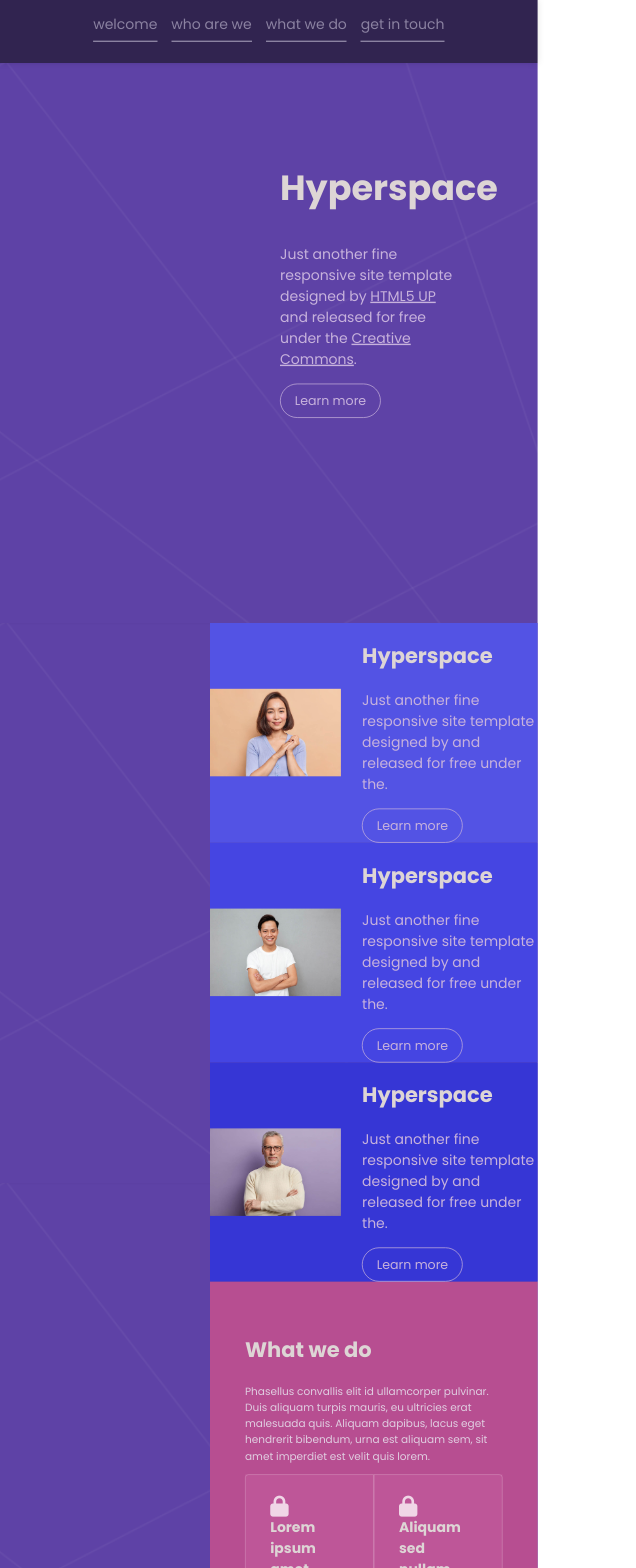
Repository: zai31/KIMIT_Tasks
Page: JsSession8/index.html
The author's editor kept a copy of each file at every save. The page is drawn from the files as they stood at one save, then again after the next save.
The browser window is 768 px wide. The page is 909 px wide, so the pictures cover 909 px, including what lies to the right of the window. The pictures show the part of the page from y = 0 to 2240 px (the page is 4459 px tall before and 4369 px after), at 70% of full size.
Backgrounds fixed to the window are drawn as part of the page.

Above is the page before, as saved 2025-09-16 16:58:09.

After the next save:
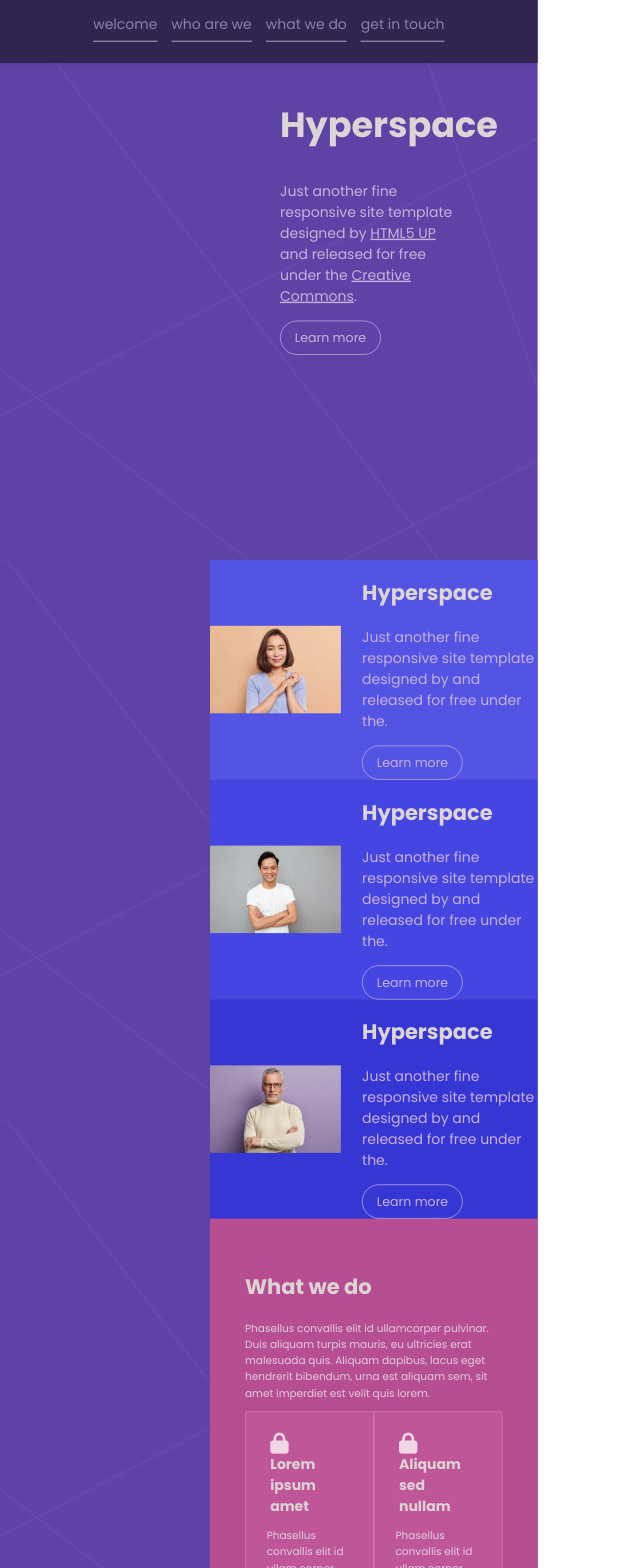
Saved 42 s later.
--- a/JsSession8/CSS/style.css
+++ b/JsSession8/CSS/style.css
@@ -54,7 +54,6 @@
   }
 
   .flex-section .menu {
-    position: relative;   /* no longer fixed on side */
     width: 100%;          /* take full width */
     height: auto;
     min-height: auto;

After the save that followed:
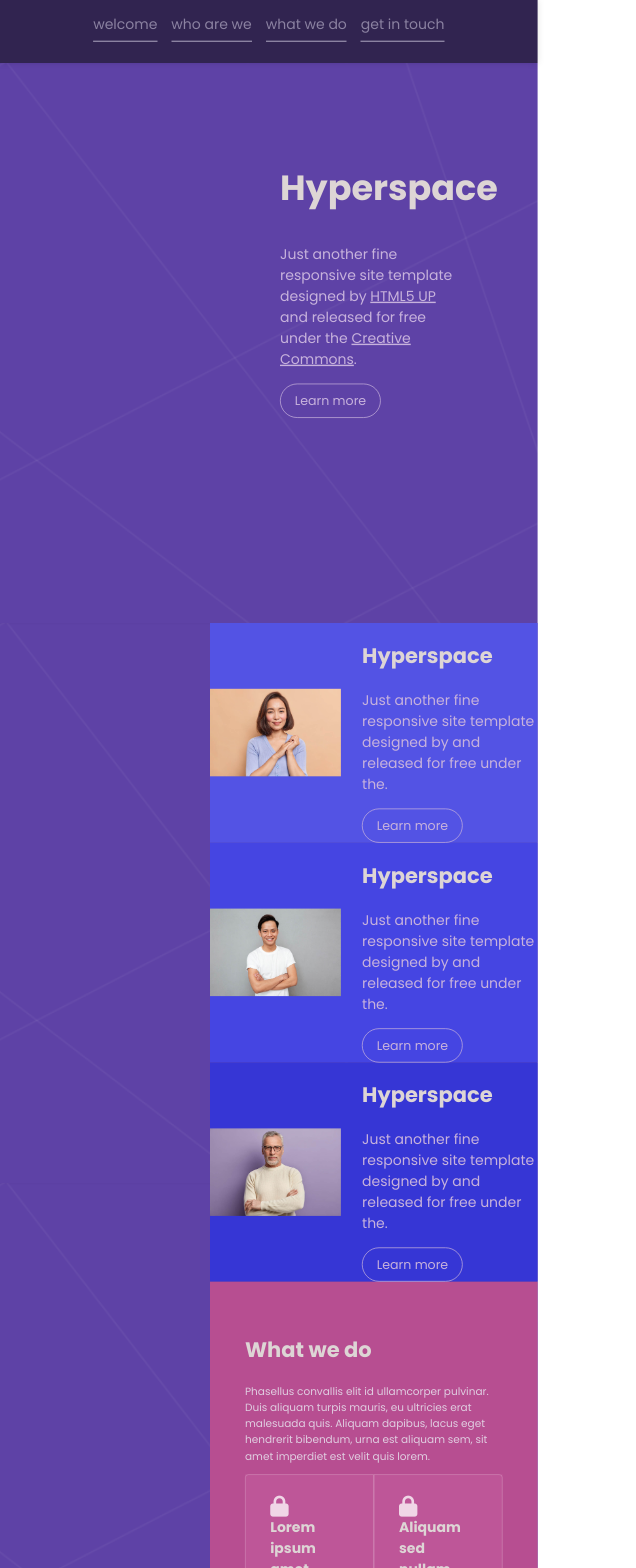
Saved 9 s later.
--- a/JsSession8/CSS/style.css
+++ b/JsSession8/CSS/style.css
@@ -54,6 +54,7 @@
   }
 
   .flex-section .menu {
+    position: relative;   /* no longer fixed on side */
     width: 100%;          /* take full width */
     height: auto;
     min-height: auto;
